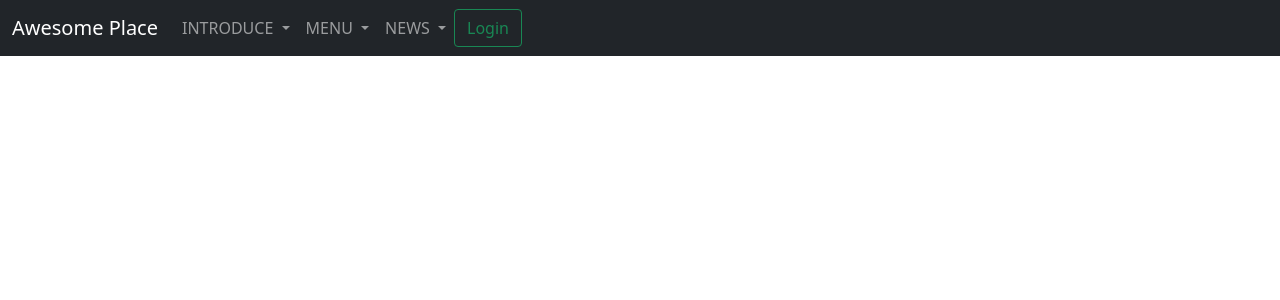
Repository: sikim0629/AwesomePlace
Page: http://localhost/awesomePlace/main.jsp
An editor plug-in stored every save of this project. The page is shown before and after the next save, followed by the edit.
The browser window is 1280 px wide. The pictures show the whole page.
The page is served by Tomcat 9. Nobody is signed in. The application's start-up code is not run.

Above is the page before, as saved 2021-11-12 09:54:52.

After the next save:
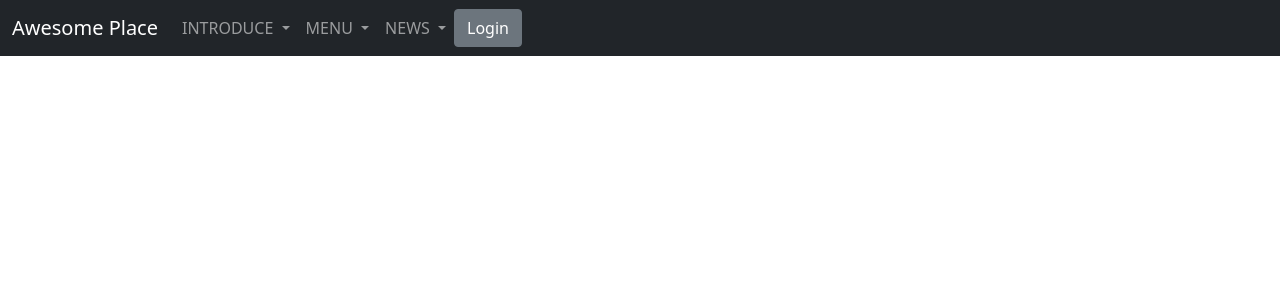
Saved 62 s later.
--- a/awesomePlace/WebContent/header.jsp
+++ b/awesomePlace/WebContent/header.jsp
@@ -53,7 +53,7 @@
 	      </ul>
 		    	<form class="d-flex">
 		      		<a href="/test.jsp">
-		      			<button class="btn btn-outline-success" type="submit">Login</button>
+		      			<button type="button" class="btn btn-secondary">Login</button>
 		      		</a>
 		    	</form>
 	    </div>
